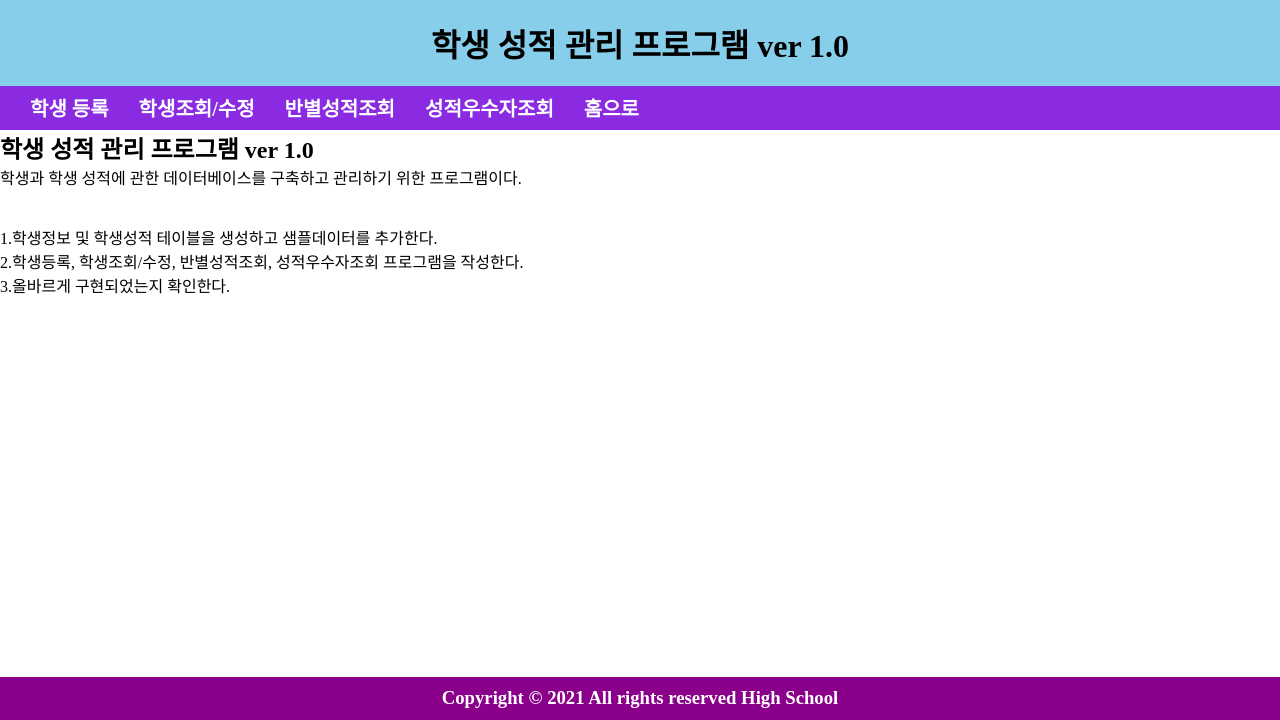
Repository: balhyo-younjisang/DigitechJSP
Page: http://localhost/Student/
The author's editor kept a copy of each file at every save. The page is drawn from the files as they stood at one save, then again after the next save.
The browser window is 1280 px wide. The pictures show the whole page.
The page is served by Tomcat 9.

Above is the page before, as saved 2025-04-15 23:47:01.

After the next save:
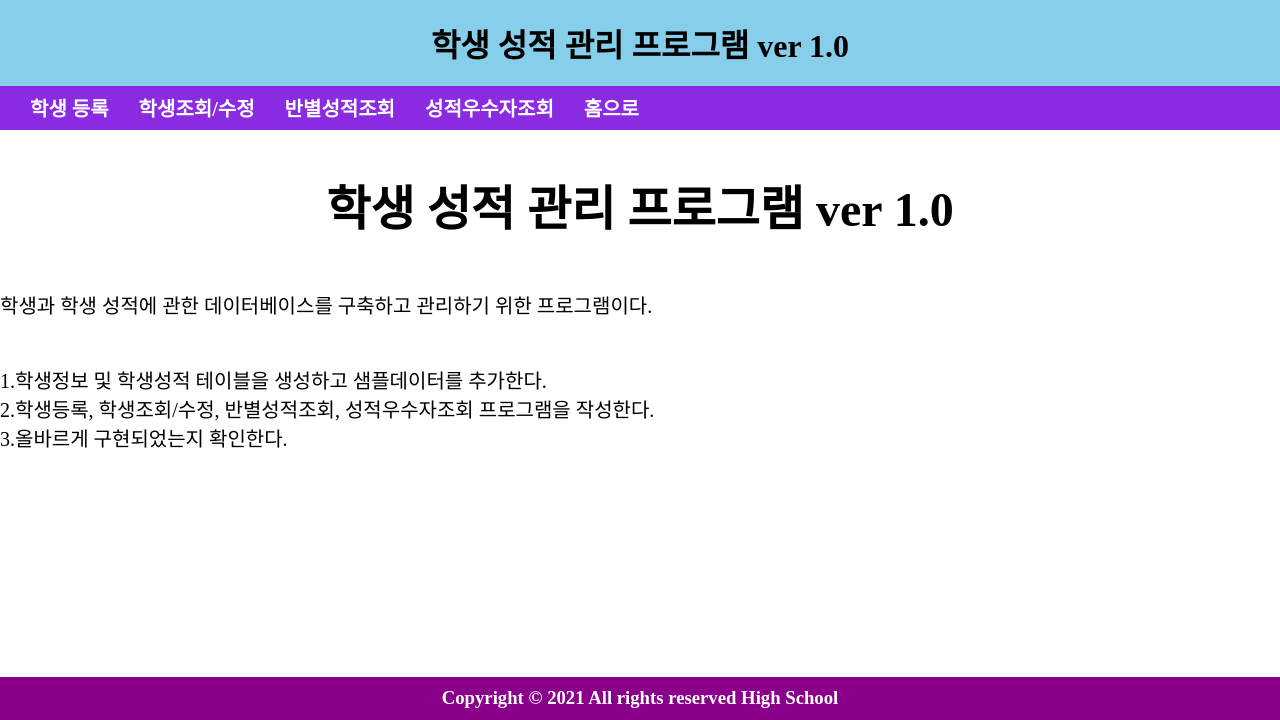
Saved 37 s later.
--- a/pizza0403/Student/src/main/webapp/css/style.css
+++ b/pizza0403/Student/src/main/webapp/css/style.css
@@ -45,6 +45,16 @@ header .gnb a {
 	font-weight: bold;
 }
 
+main .title {
+	text-align: center;
+	font-size: 32px;
+	line-height: 160px;
+}
+
+main .content {
+	font-size: 20px;
+}
+
 footer {
 	width: 100vw;
 	height: 6vh;
